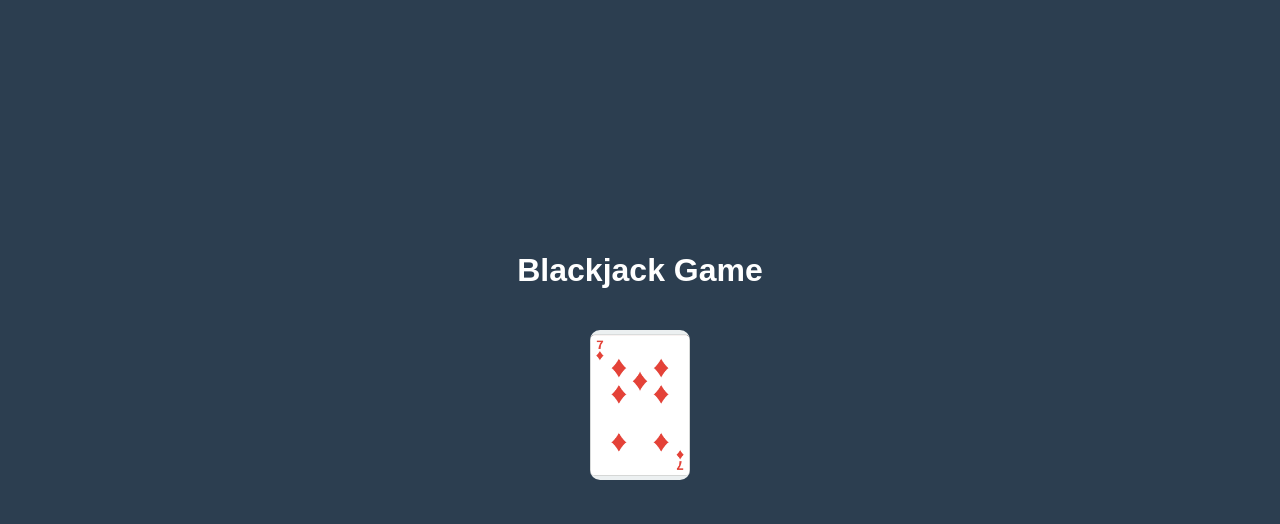
Repository: 2023AIT-OOP2-G10/G10-free
Page: http://localhost/blackjack
An editor plug-in stored every save of this project. The page is shown before and after the next save, followed by the edit.
The browser window is 1280 px wide. The pictures show the whole page.
The page is served by the project's application, run on Flask 3 (tempCodeRunnerFile.py).

Above is the page before, as saved 2024-01-15 16:50:57.

After the next save:
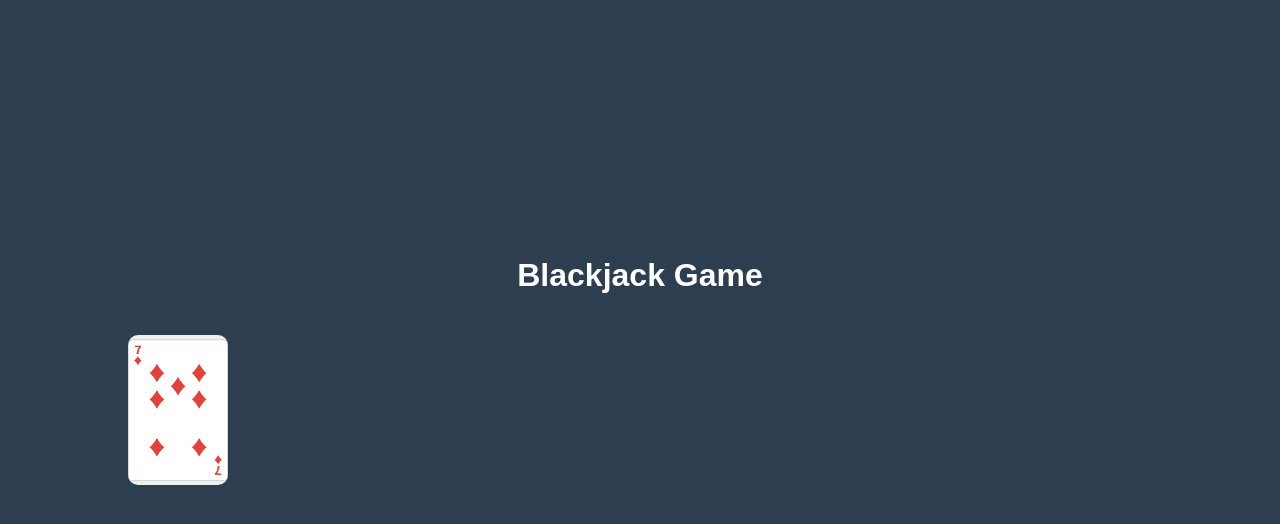
Saved 86 s later.
--- a/templates/blackjack_test.html
+++ b/templates/blackjack_test.html
@@ -19,8 +19,6 @@
 
         #cardContainer {
             display: flex;
-            justify-content: space-around;
-            flex-wrap: wrap;  /* 画面幅が足りない場合は次の行に折り返す */
             width: 80%;
             margin-top: 20px;
         }
@@ -30,7 +28,7 @@
             height: 150px;  /* カードの高さ */
             background-color: #ecf0f1;
             border-radius: 10px;
-            margin: 0 5px 10px 5px;  /* カードのマージン */
+            margin-right: 5px;  /* カードの右側のマージン */
             display: flex;
             align-items: center;
             justify-content: center;
